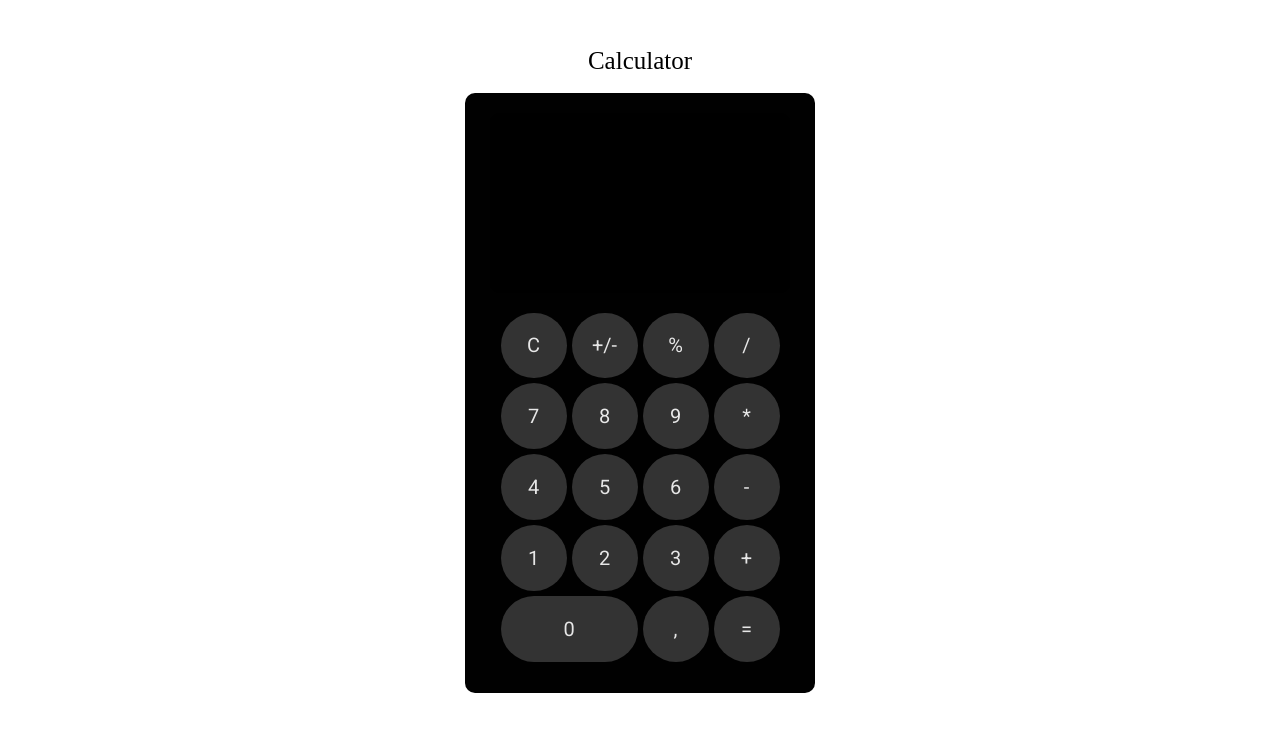
Repository: Gibon9/SimpleCalc
Page: index.html
These files come from the project's save history. The page is drawn as it stood at one moment and after the next save; the edit follows.
The browser window is 1280 px wide. The pictures show the whole page.
Some web fonts or font styles are not loaded; a fallback is used.

Above is the page before, as saved 2020-11-27 19:37:20.

### index.html
<!DOCTYPE html>
<html lang="en">
  <head>
    <meta charset="UTF-8" />
    <meta name="viewport" content="width=device-width, initial-scale=1.0" />
    <link rel="stylesheet" href="style/reset.css" />
    <link rel="stylesheet" href="style/style.css" />
    <title>Calculator</title>
  </head>

  <body>
    <main class="main">
      <h1 class="title">Calculator</h1>
      <section class="clac">
        <div class="calc-display" id="display"></div>
        <section class="keyboard" id="keyboard">
          <button class="calc-button c-btn" id="clear">C</button>
          <button class="calc-button plus-minus-btn" id="plus-minus">
            +/-
          </button>
          <button class="calc-button percent-btn" id="percent">%</button>
          <button class="calc-button one-btn" id="btn1">1</button>
          <button class="calc-button two-btn" id="btn2">2</button>
          <button class="calc-button three-btn" id="btn3">3</button>
          <button class="calc-button four-btn" id="btn4">4</button>
          <button class="calc-button five-btn" id="btn5">5</button>
          <button class="calc-button six-btn" id="btn6">6</button>
          <button class="calc-button seven-btn" id="btn7">7</button>
          <button class="calc-button eight-btn" id="btn8">8</button>
          <button class="calc-button nine-btn" id="btn9">9</button>
          <button class="calc-button zero-btn" id="btn0">0</button>
          <button class="calc-button calc-button-operation plus-btn" id="plus">
            +
          </button>
          <button
            class="calc-button calc-button-operation minus-btn"
            id="minus"
          >
            -
          </button>
          <button
            class="calc-button calc-button-operation divide-btn"
            id="divide"
          >
            /
          </button>
          <button
            class="calc-button calc-button-operation multiply-btn"
            id="multiply"
          >
            *
          </button>
          <button
            class="calc-button calc-button-operation equal-btn"
            id="equal"
          >
            =
          </button>
          <button class="calc-button coma-btn" id="coma">,</button>
        </section>
      </section>
    </main>
    <script src="./index.js"></script>
  </body>
</html>

### style/style.css
@import url("https://fonts.googleapis.com/css2?family=Roboto&family=Saira+Stencil+One&display=swap");

:root {
  --background-color: #010101;
  --display-color: black;
  --primary-btn-color: ##a5a5a5;
  --secondary-color: #333333;
  --secondary-btn-color: #fd9624;
  --text-color: #e7e7e7;
}

.calc-display,
.title {
  font-family: "Saira Stencil One", cursive;
}

.calc-button {
  font-family: "Roboto", sans-serif;
}

.main {
  display: flex;
  flex-direction: column;
  justify-content: center;
  align-items: center;
  width: 100vw;
  height: 100vh;
}

.title {
  font-size: 25px;
  margin: 20px 0;
}

.clac {
  width: 350px;
  height: 600px;
  background-color: var(--background-color);
  border-radius: 10px;
}

.calc-display {
  margin: 20px auto;
  width: 300px;
  height: 30%;
  background-color: var(--display-color);
  color: var(--primary-color);
  border-radius: 10px;
  font-size: 40px;
}

.keyboard {
  height: 70%;
  display: grid;
  grid-template-columns: repeat(10, 1fr);
  grid-template-rows: repeat(12, 1fr);
  gap: 5px 5px;
}

.calc-button {
  font-size: 20px;
  color: var(--text-color);
  background-color: var(--secondary-color);
  border-radius: 50%;
  border: none;
}

.c-btn {
  grid-column: 2/4;
  grid-row: 1/3;
}

.plus-minus-btn {
  grid-column: 4/6;
  grid-row: 1/3;
}

.percent-btn {
  grid-column: 6/8;
  grid-row: 1/3;
}

.divide-btn {
  grid-column: 8/10;
  grid-row: 1/3;
}

.seven-btn {
  grid-column: 2/4;
  grid-row: 3/5;
}

.eight-btn {
  grid-column: 4/6;
  grid-row: 3/5;
}

.nine-btn {
  grid-column: 6/8;
  grid-row: 3/5;
}

.multiply-btn {
  grid-column: 8/10;
  grid-row: 3/5;
}

.four-btn {
  grid-column: 2/4;
  grid-row: 5/7;
}

.five-btn {
  grid-column: 4/6;
  grid-row: 5/7;
}

.six-btn {
  grid-column: 6/8;
  grid-row: 5/7;
}

.minus-btn {
  grid-column: 8/10;
  grid-row: 5/7;
}

.one-btn {
  grid-column: 2/4;
  grid-row: 7/9;
}

.two-btn {
  grid-column: 4/6;
  grid-row: 7/9;
}

.three-btn {
  grid-column: 6/8;
  grid-row: 7/9;
}

.plus-btn {
  grid-column: 8/10;
  grid-row: 7/9;
}

.zero-btn {
  grid-column: 2/6;
  grid-row: 9/11;
  border-radius: 50px;
}

.coma-btn {
  grid-column: 6/8;
  grid-row: 9/11;
}

.equal-btn {
  grid-column: 8/10;
  grid-row: 9/11;
}

Loaded but not shown: style/reset.css (common file); index.js (no copy from this time; the picture is the same without it)

After the next save:
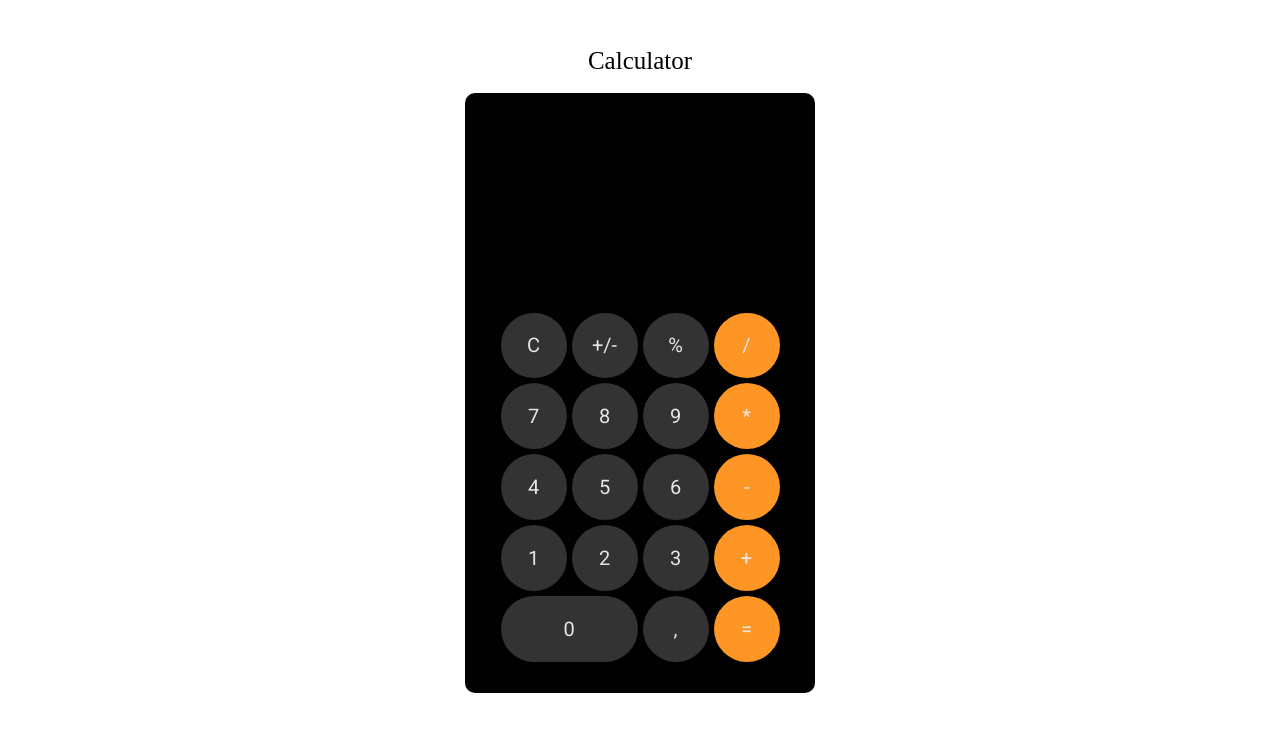
Saved 44 s later.
--- a/style/style.css
+++ b/style/style.css
@@ -63,6 +63,10 @@
   background-color: var(--secondary-color);
   border-radius: 50%;
   border: none;
+}
+
+.calc-button-operation {
+  background-color: var(--secondary-btn-color);
 }
 
 .c-btn {
